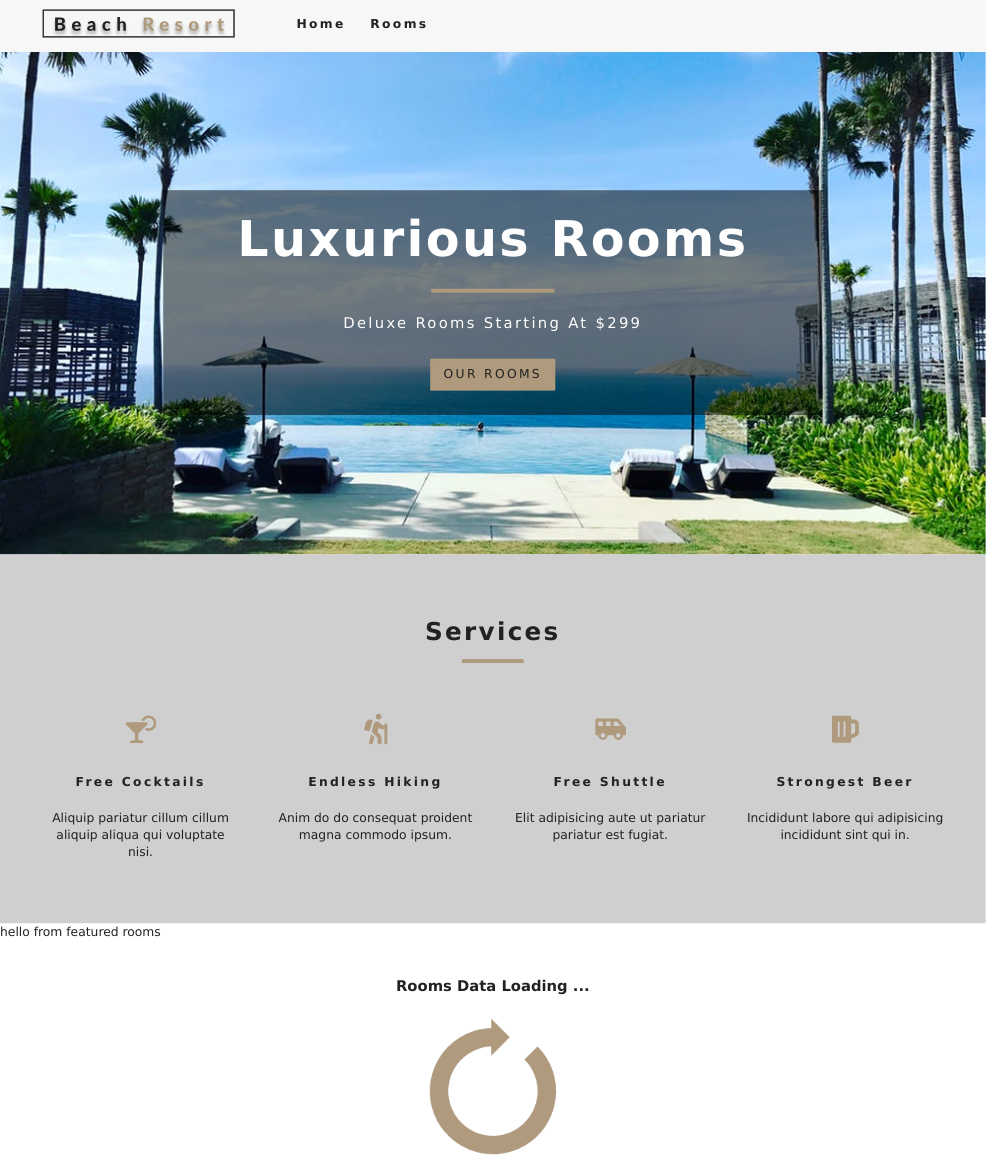
Repository: thanhn379/react-beach-resort
Page: /
The author's editor kept a copy of each file at every save. The page is drawn from the files as they stood at one save, then again after the next save.
The browser window is 1280 px wide. The pictures show the whole page, at 77% of full size.
The project was rebuilt for these pictures with package versions that can differ from the ones it lists, and the page was loaded fresh each time. Also part of the build but not shown: src/pages/Rooms.js, src/pages/SingleRoom.js, src/pages/Error.js.

Above is the page before, as saved 2019-11-14 06:34:39.

### public/index.html
<!DOCTYPE html>
<html lang="en">
  <head>
    <meta charset="utf-8" />
    <link rel="icon" href="%PUBLIC_URL%/favicon.ico" />
    <meta name="viewport" content="width=device-width, initial-scale=1" />
    <meta name="theme-color" content="#000000" />
    <meta
      name="description"
      content="Web site created using create-react-app"
    />
    <link rel="apple-touch-icon" href="logo192.png" />
    <!--
      manifest.json provides metadata used when your web app is installed on a
      user's mobile device or desktop. See https://developers.google.com/web/fundamentals/web-app-manifest/
    -->
    <link rel="manifest" href="%PUBLIC_URL%/manifest.json" />
    <!--
      Notice the use of %PUBLIC_URL% in the tags above.
      It will be replaced with the URL of the `public` folder during the build.
      Only files inside the `public` folder can be referenced from the HTML.

      Unlike "/favicon.ico" or "favicon.ico", "%PUBLIC_URL%/favicon.ico" will
      work correctly both with client-side routing and a non-root public URL.
      Learn how to configure a non-root public URL by running `npm run build`.
    -->
    <title>Resort recording</title>
  </head>
  <body>
    <noscript>You need to enable JavaScript to run this app.</noscript>
    <div id="root"></div>
    <!--
      This HTML file is a template.
      If you open it directly in the browser, you will see an empty page.

      You can add webfonts, meta tags, or analytics to this file.
      The build step will place the bundled scripts into the <body> tag.

      To begin the development, run `npm start` or `yarn start`.
      To create a production bundle, use `npm run build` or `yarn build`.
    -->
  </body>
</html>

### src/index.js
import React from "react";
import ReactDOM from "react-dom";
import { BrowserRouter as Router } from "react-router-dom";
// import './index.css';
import App from "./App";
import * as serviceWorker from "./serviceWorker";
import { RoomProvider } from "./context";

ReactDOM.render(
  <RoomProvider>
    <Router>
      <App />
    </Router>
  </RoomProvider>,
  document.getElementById("root")
);

// If you want your app to work offline and load faster, you can change
// unregister() to register() below. Note this comes with some pitfalls.
// Learn more about service workers: https://bit.ly/CRA-PWA
serviceWorker.unregister();

### src/App.js
import React from "react";
import "./App.css";

import NavBar from "./components/NavBar";

import Home from "./pages/Home";
import Rooms from "./pages/Rooms";
import SingleRoom from "./pages/SingleRoom";
import Error from "./pages/Error";

import { Route, Switch } from "react-router-dom";

function App() {
  return (
    <>
      <NavBar />
      <Switch>
        <Route exact path="/" component={Home} />
        <Route exact path="/rooms/" component={Rooms} />
        <Route exact path="/rooms/:slug/" component={SingleRoom} />
        <Route component={Error} />
      </Switch>
    </>
  );
}

export default App;

### src/context.js
import React, { Component } from "react";
import items from "./data";

const RoomContext = React.createContext();

class RoomProvider extends Component {
  state = { rooms: [], sortedRooms: [], featuredRooms: [], loading: true };

  //getData

  componentDidMount() {
    // this.getData
    let rooms = this.formatData(items);
    let featuredRooms = rooms.filter(room => room.featured === true);

    this.setState({ rooms, featuredRooms, sortedRooms: rooms, loading: false });
  }

  formatData(items) {
    let tempItems = items.map(item => {
      let id = item.sys.id;
      let images = item.fields.images.map(image => image.fields.file.url);

      let room = { ...item.fields, images, id };

      return room;
    });

    return tempItems;
  }

  render() {
    return (
      <RoomContext.Provider value={{ ...this.state }}>
        {this.props.children}
      </RoomContext.Provider>
    );
  }
}

const RoomConsumer = RoomContext.Consumer;

export { RoomProvider, RoomConsumer, RoomContext };

### src/components/NavBar.js
import React, { Component } from "react";
import Logo from "../images/logo.svg";
import { FaAlignRight } from "react-icons/fa";
import { Link } from "react-router-dom";

export default class NavBar extends Component {
  state = {
    isOpen: false
  };
  handleToggle = () => {
    this.setState({ isOpen: !this.state.isOpen });
  };
  render() {
    return (
      <nav className="navbar">
        <div className="nav-center">
          <div className="nav-header">
            <Link to="/">
              <img src={Logo} alt="Beach Resort" />
            </Link>
            <button
              type="button"
              className="nav-btn"
              onClick={this.handleToggle}
            >
              <FaAlignRight className="nav-icon" />
            </button>
          </div>
          <ul
            className={this.state.isOpen ? "nav-links show-nav" : "nav-links"}
          >
            <li>
              <Link to="/">Home</Link>
            </li>
            <li>
              <Link to="/rooms">Rooms</Link>
            </li>
          </ul>
        </div>
      </nav>
    );
  }
}

### src/pages/Home.js
import React from "react";
import Hero from "../components/Hero";
import Banner from "../components/Banner";
import { Link } from "react-router-dom";
import Services from "../components/Services";
import FeaturedRooms from "../components/FeaturedRooms";

export default function Home() {
  return (
    <>
      <Hero>
        <Banner
          title="luxurious rooms"
          subtitle="deluxe rooms starting at $299"
        >
          <Link to="/rooms" className="btn-primary">
            our rooms
          </Link>
        </Banner>
      </Hero>
      <Services />
      <FeaturedRooms />
    </>
  );
}

### src/components/Services.js
import React, { Component } from "react";
import { FaCocktail, FaHiking, FaShuttleVan, FaBeer } from "react-icons/fa";
import Title from "./Title";

export default class Services extends Component {
  state = {
    services: [
      {
        icon: <FaCocktail />,
        title: "free cocktails",
        info:
          "Aliquip pariatur cillum cillum aliquip aliqua qui voluptate nisi."
      },
      {
        icon: <FaHiking />,
        title: "Endless Hiking",
        info: "Anim do do consequat proident magna commodo ipsum."
      },
      {
        icon: <FaShuttleVan />,
        title: "Free Shuttle",
        info: "Elit adipisicing aute ut pariatur pariatur est fugiat."
      },
      {
        icon: <FaBeer />,
        title: "Strongest Beer",
        info: "Incididunt labore qui adipisicing incididunt sint qui in."
      }
    ]
  };

  render() {
    return (
      <section className="services">
        <Title title="services" />

        <div className="services-center">
          {this.state.services.map((item, index) => {
            return (
              <article key={index} className="service">
                <span>{item.icon}</span>
                <h6>{item.title}</h6>
                <p>{item.info}</p>
              </article>
            );
          })}
        </div>
      </section>
    );
  }
}

### src/components/FeaturedRooms.js
import React, { Component } from "react";
import { RoomContext } from "../context";
import Loading from "./Loading";

export default class FeaturedRooms extends Component {
  static contextType = RoomContext;

  render() {
    const { featuredRooms } = this.context;
    console.log(featuredRooms);
    return (
      <div>
        hello from featured rooms
        <Loading />
      </div>
    );
  }
}

### src/components/Loading.js
import React from "react";
import loadingGif from "../images/gif/loading-arrow.gif";

export default function Loading() {
  return (
    <div className="loading">
      <h4>rooms data loading ...</h4>
      <img src={loadingGif} alt="" />
    </div>
  );
}

### src/components/Room.js
import React from "react";

export default function Room() {
  return <div>hello from room</div>;
}

Loaded but not shown: src/serviceWorker.js (common file); src/App.css (common file); src/components/Hero.js (common file); src/components/Banner.js (common file); src/components/Title.js (common file); src/data.js (760 lines, source omitted)

After the next save:
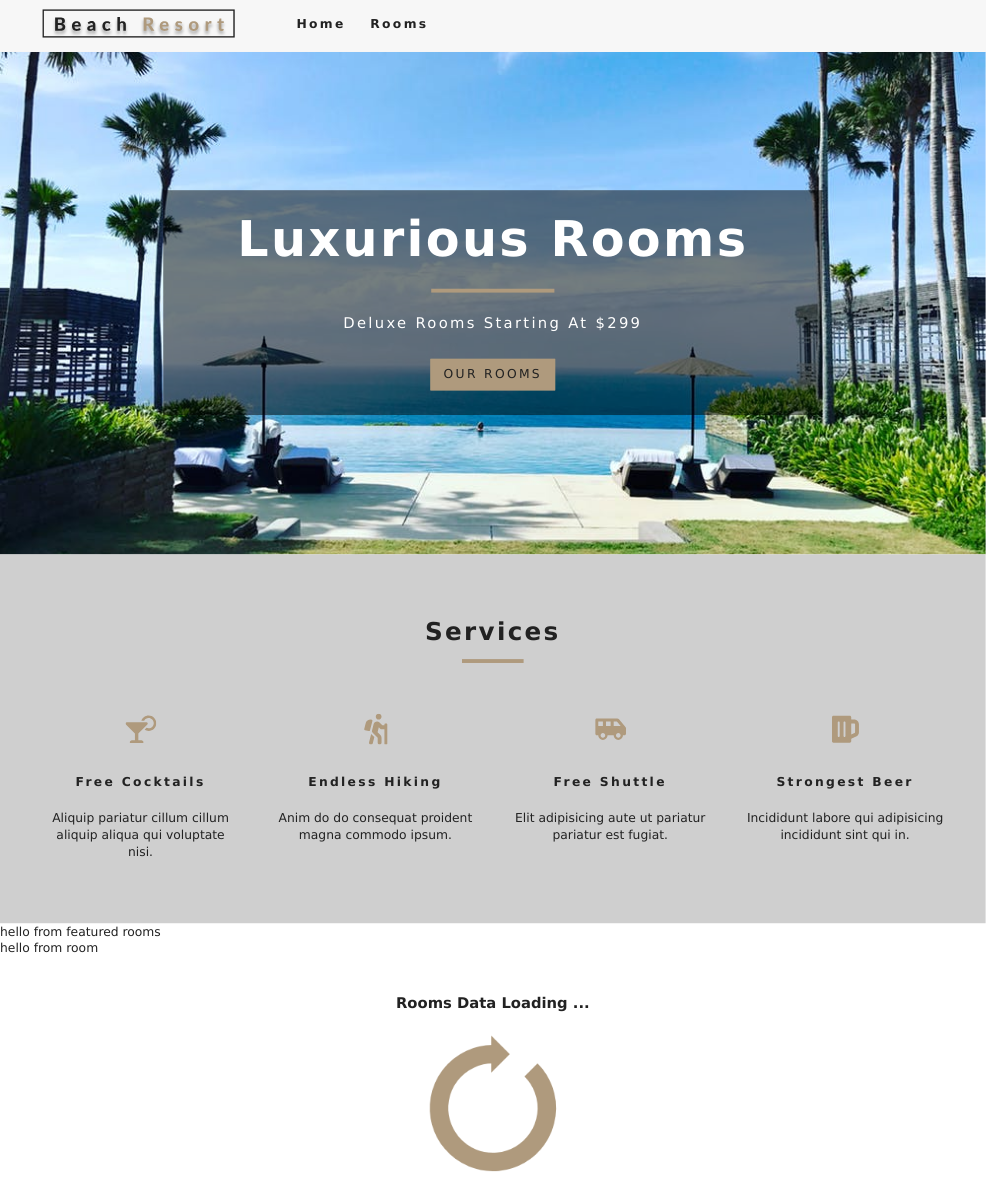
Saved 20 h 18 min later.
--- a/src/components/FeaturedRooms.js
+++ b/src/components/FeaturedRooms.js
@@ -1,6 +1,7 @@
 import React, { Component } from "react";
 import { RoomContext } from "../context";
 import Loading from "./Loading";
+import Room from "../components/Room";
 
 export default class FeaturedRooms extends Component {
   static contextType = RoomContext;
@@ -11,6 +12,7 @@ export default class FeaturedRooms extends Component {
     return (
       <div>
         hello from featured rooms
+        <Room />
         <Loading />
       </div>
     );
